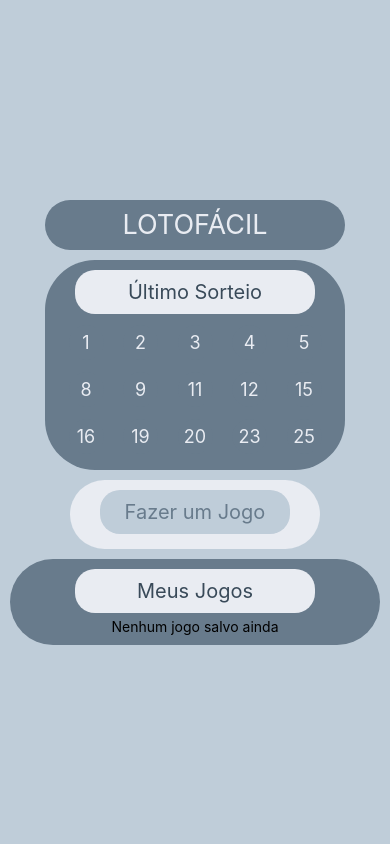
Repository: Deyvid-Kasteh/LotofacilApp
Screen: /
These files come from the project's save history. The screen is drawn as it stood at one moment and after the next save; the edit follows.
The app was drawn by React Native's web renderer in a window 390 px wide. The project was rebuilt for these pictures with package versions that can differ from the ones it lists, and the page was loaded fresh each time. Also part of the build but not shown: Bolhas.js, components/Resultado.js, assets/Cores.js, components/Jogo.js, paginaTESTE.js, paginaTESTE2.js, SeuComponentePai.js, components/ResultadoTexte2.js.

Above is the screen before, as saved 2023-12-02 22:53:11.

After the next save:
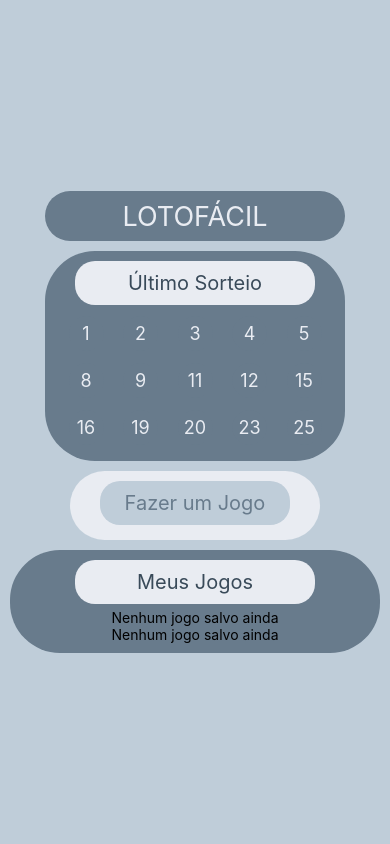
Saved 3 min 13 s later.
--- a/components/MostrarJogosSalvos.js
+++ b/components/MostrarJogosSalvos.js
@@ -44,6 +44,7 @@
 
   return (
     <View>
+      <Text>Nenhum jogo salvo ainda</Text>
       {jogosSalvos.length === 0 ? (
         <Text>Nenhum jogo salvo ainda</Text>
       ) : (

After the save that followed:
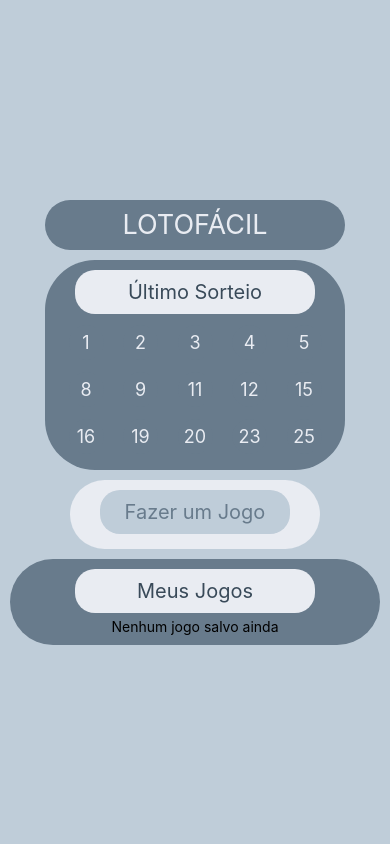
Saved 24 s later.
--- a/components/MostrarJogosSalvos.js
+++ b/components/MostrarJogosSalvos.js
@@ -44,7 +44,6 @@
 
   return (
     <View>
-      <Text>Nenhum jogo salvo ainda</Text>
       {jogosSalvos.length === 0 ? (
         <Text>Nenhum jogo salvo ainda</Text>
       ) : (
